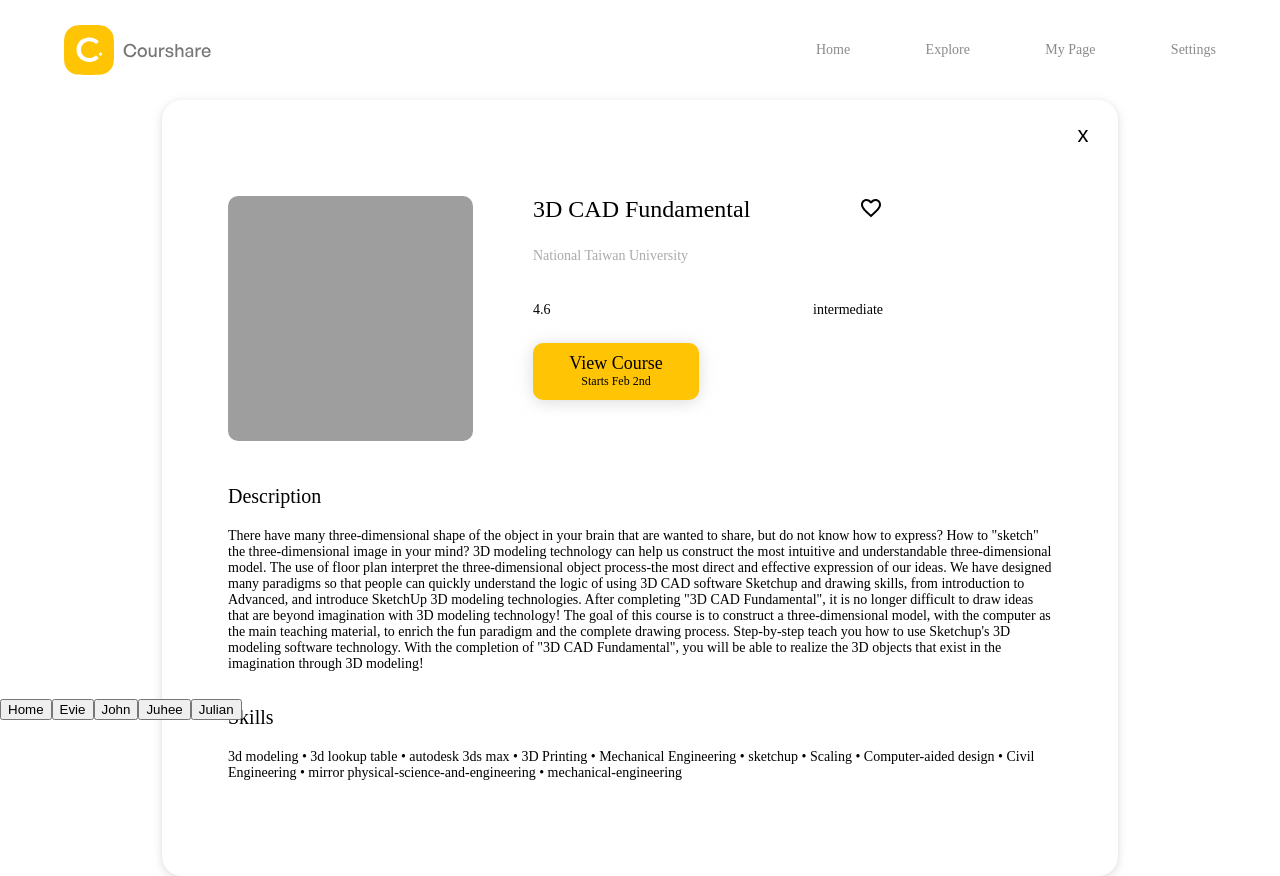
Repository: julianm09/courshare-app
Page: /comps/juhee
These files come from the project's save history. The page is drawn as it stood at one moment and after the next save; the edit follows.
The browser window is 1280 px wide. The pictures show the whole page.
Pictures or frames that could not be fetched are drawn as grey boxes. The project was rebuilt for these pictures with package versions that can differ from the ones it lists, and the page was loaded fresh each time. The framework's server and built-in components were replaced by stand-ins that run in the browser. Also part of the build but not shown: next.config.js.

Above is the page before, as saved 2022-02-07 14:52:21.

### pages/_app.js
import "../styles/globals.css";
import styled from "styled-components";
import { useRouter } from "next/router";
import Navbar from "@/components/Navbar";

function MyApp({ Component, pageProps }) {
  const r = useRouter();
  return (
    <>
    <Navbar/>
      <Component {...pageProps} />

      <BotNav>
        <button onClick={() => r.push("/")}>Home</button>
        <button onClick={() => r.push("/comps/evie")}>Evie</button>
        <button onClick={() => r.push("/comps/john")}>John</button>
        <button onClick={() => r.push("/comps/juhee")}>Juhee</button>
        <button onClick={() => r.push("/comps/julian")}>Julian</button>
      </BotNav>
    </>
  );
}

const BotNav = styled.div`
  position: fixed;
  bottom: 0px;
`;

export default MyApp;

### pages/comps/juhee.js
import styled from "styled-components";
import CourseDetailCard from "@/components/CourseDetailCard";

export default function Juhee() {
  return (
    <Cont>
      {/* make components here */}
      <CourseDetailCard></CourseDetailCard>
    </Cont>
  );
}

const Cont = styled.div`
  display: flex;
  align-items: center;
  flex-direction: column;
  width: 100%;
`;

### styles/globals.css
@import url("general-sans.css");

html,
body {
  padding: 0;
  margin: 0;
  font-family: -apple-system, BlinkMacSystemFont, Segoe UI, Roboto, Oxygen,
    Ubuntu, Cantarell, Fira Sans, Droid Sans, Helvetica Neue, sans-serif;
}

a {
  color: inherit;
  text-decoration: none;
}

* {
  box-sizing: border-box;
}

### components/Navbar.js
import styled from "styled-components";
import { useState } from "react";
import { useRouter } from "next/router";

export default function Navbar({}) {
  const r = useRouter();

  const [menu, setMenu] = useState(false);

  const handleLink = (t) => {
    setMenu(false);
    r.push(t);
  };

  return (
    <NavbarUI>
      <Logo
        src="/logo.svg"
        selected={r.pathname == "/"}
        onClick={() => handleLink("/")}
      ></Logo>
      <Navigation>
        <LinkUI selected={r.pathname == "/"} onClick={() => handleLink("/")}>
          Home
        </LinkUI>
        <LinkUI
          selected={r.pathname == "/explore"}
          onClick={() => handleLink("/explore")}
        >
          Explore
        </LinkUI>
        <LinkUI
          selected={r.pathname == "/mypage"}
          onClick={() => handleLink("/mypage")}
        >
          My Page
        </LinkUI>
        <LinkUI
          selected={r.pathname == "/settings"}
          onClick={() => handleLink("/settings")}
        >
          Settings
        </LinkUI>
      </Navigation>
      <MenuIcon
        src={menu ? "/icons/close.svg" : "/icons/menu.svg"}
        onClick={() => setMenu(!menu)}
      />
      {menu ? (
        <MobileMenu>
          <LinkUI selected={r.pathname == "/"} onClick={() => handleLink("/")}>
            Home
          </LinkUI>
          <LinkUI
            selected={r.pathname == "/explore"}
            onClick={() => handleLink("/explore")}
          >
            Explore
          </LinkUI>
          <LinkUI
            selected={r.pathname == "/mypage"}
            onClick={() => handleLink("/mypage")}
          >
            My Page
          </LinkUI>
          <LinkUI
            selected={r.pathname == "/settings"}
            onClick={() => handleLink("/settings")}
          >
            Settings
          </LinkUI>
        </MobileMenu>
      ) : (
        <></>
      )}
    </NavbarUI>
  );
}

const NavbarUI = styled.div`
  width: 100%;
  padding: 0 5%;
  height: 100px;
  display: flex;
  align-items: center;
  justify-content: space-between;

  -webkit-touch-callout: none; /* iOS Safari */
  -webkit-user-select: none; /* Safari */
  -khtml-user-select: none; /* Konqueror HTML */
  -moz-user-select: none; /* Old versions of Firefox */
  -ms-user-select: none; /* Internet Explorer/Edge */
  user-select: none; /* Non-prefixed version, currently supported by Chrome, Edge, Opera and Firefox */
`;

const Logo = styled.img`
  cursor: pointer;
`;

const Navigation = styled.div`
  display: flex;
  justify-content: space-between;
  width: 400px;
  @media (max-width: 1000px) {
    display: none;
  }
`;

const LinkUI = styled.div`
  cursor: pointer;
  font-family: General Sans;
  font-style: normal;
  font-size: 14px;
  line-height: 24px;
  color: #8b8b8b;
  color: ${(props) => (props.selected ? "#595959" : "#8B8B8B")};
  font-weight: ${(props) => (props.selected ? "500" : "400")};
`;

const MenuIcon = styled.img`
  cursor: pointer;
  display: none;
  @media (max-width: 1000px) {
    display: flex;
  }
`;

const MobileMenu = styled.div`
  cursor: pointer;
  display: flex;
  position: absolute;
  height: 200px;
  flex-direction: column;
  justify-content: space-between;
  align-items: flex-end;
  top: 100px;
  width: 90%;
  @media (min-width: 1000px) {
    display: none;
  }
`;

### components/CourseDetailCard.js
import styled from "styled-components";
import { useState } from "react";
import Favorite from "@mui/icons-material/Favorite";
import FavoriteBorder from "@mui/icons-material/FavoriteBorder";
import RegisterButton from "../components/RegisterButton";

const BigCont = styled.div`
  display: flex;
  flex-direction: column;
  width: 956px;
  height: 776px;
  background-color: #ffffff;
  box-shadow: 0px 2px 8px 0px rgba(185, 185, 185, 0.52);
  border-radius: 20px;
  font-family: General Sans;
`;
const ButtonCont = styled.div`
  display: flex;
  justify-content: flex-end;
  margin-right: 20px;
  margin-top: 20px;
`;
const XButton = styled.button`
  border: none;
  background-color: #fff;
  border-radius: 20px;
  width: 30px;
  height: 30px;
  color: #000;
  font-size: 22px;
`;
const ContentCont = styled.div`
  display: flex;
  flex-direction: column;
  justify-content: space-between;
  padding: 46px 66px 66px 66px;
`;
const FristCont = styled.div`
  display: flex;
  flex-direction: row;
`;
const LeftCont = styled.div``;

const Img = styled.img`
  width: 245px;
  height: 245px;
  border-radius: 10px;
`;
const Heading1 = styled.p`
  font-size: 24px;
  margin: 0;
  font-weight: 500;
`;

const GreyText = styled.p`
  color: #aaaaaa;
  font-size: 14px;
`;
const RightCont = styled.div`
  height: 245px;
  margin-left: 60px;
  display: flex;
  flex-direction: column;
  align-items: space-between;
`;
const RightSmallCont = styled.div`
  width: 350px;
  display: flex;
  flex-direction: row;
  justify-content: space-between;
  margin-bottom: 3%;
`;
const SecondCont = styled.div`
  margin-top: 20px;
`;
const Heading2 = styled.p`
  font-size: 20px;
  font-weight: 500;
`;
const Desc = styled.p`
  font-size: 14px;
`;
const ThirdCont = styled.div``;

export default function CourseDetailCard({
  name = "3D  CAD Fundamental",
  school = "National Taiwan University",
  rating = 4.6,
  difficulty = "intermediate",
  description = "",
  skills = "",
}) {
  return (
    <BigCont>
      <ButtonCont>
        <XButton>x</XButton>
      </ButtonCont>
      <ContentCont>
        <FristCont>
          <LeftCont>
            <Img src="https://images.unsplash.com/photo-1600869009498-8d429f88d4f5?ixlib=rb-1.2.1&ixid=MnwxMjA3fDB8MHxwaG90by1wYWdlfHx8fGVufDB8fHx8&auto=format&fit=crop&w=2340&q=80" />
          </LeftCont>
          <RightCont>
            <RightSmallCont>
              <Heading1>{name}</Heading1>
              <FavoriteBorder />
            </RightSmallCont>
            <RightSmallCont>
              <GreyText>{school}</GreyText>
            </RightSmallCont>
            <RightSmallCont>
              <Desc>{rating}</Desc>
              <Desc>{difficulty}</Desc>
            </RightSmallCont>
            <RightSmallCont>
              <RegisterButton />
            </RightSmallCont>
          </RightCont>
        </FristCont>
        <SecondCont>
          <Heading2>Description</Heading2>
          <Desc>
            There have many three-dimensional shape of the object in your brain
            that are wanted to share, but do not know how to express? How to
            "sketch" the three-dimensional image in your mind? 3D modeling
            technology can help us construct the most intuitive and
            understandable three-dimensional model. The use of floor plan
            interpret the three-dimensional object process-the most direct and
            effective expression of our ideas. We have designed many paradigms
            so that people can quickly understand the logic of using 3D CAD
            software Sketchup and drawing skills, from introduction to Advanced,
            and introduce SketchUp 3D modeling technologies. After completing
            "3D CAD Fundamental", it is no longer difficult to draw ideas that
            are beyond imagination with 3D modeling technology! The goal of this
            course is to construct a three-dimensional model, with the computer
            as the main teaching material, to enrich the fun paradigm and the
            complete drawing process. Step-by-step teach you how to use
            Sketchup's 3D modeling software technology. With the completion of
            "3D CAD Fundamental", you will be able to realize the 3D objects
            that exist in the imagination through 3D modeling!
          </Desc>
        </SecondCont>
        <ThirdCont>
          <Heading2>Skills</Heading2>
          <Desc>
            3d modeling • 3d lookup table • autodesk 3ds max • 3D Printing •
            Mechanical Engineering • sketchup • Scaling • Computer-aided design
            • Civil Engineering • mirror physical-science-and-engineering •
            mechanical-engineering
          </Desc>
        </ThirdCont>
      </ContentCont>
    </BigCont>
  );
}

### styles/general-sans.css
/**
 * @license
 *
 * Font Family: General Sans
 * Designed by: Frode Helland
 * URL: https://www.fontshare.com/fonts/general-sans
 * © 2021 Indian Type Foundry
 *
 * Font Styles:
 * General Sans Variable(Variable font)
 * General Sans Variable Italic(Variable font)
 * General Sans Extralight
 * General Sans Extralight Italic
 * General Sans Light
 * General Sans Light Italic
 * General Sans Regular
 * General Sans Italic
 * General Sans Medium
 * General Sans Medium Italic
 * General Sans Semibold
 * General Sans Semibold Italic
 * General Sans Bold
 * General Sans Bold Italic
 *
*/


/**
* This is a variable font
* You can controll variable axes as shown below:
* font-variation-settings: 'wght' 700.0;
*
* available axes:

* 'wght' (range from 200.0 to 700.0)

*/

@font-face {
  font-family: 'GeneralSans-Variable';
  src: url('../fonts/GeneralSans-Variable.woff2') format('woff2'),
       url('../fonts/GeneralSans-Variable.woff') format('woff'),
       url('../fonts/GeneralSans-Variable.ttf') format('truetype');
       font-weight: 200 700;
       font-display: swap;
       font-style: normal;
}


/**
* This is a variable font
* You can controll variable axes as shown below:
* font-variation-settings: 'wght' 700.0;
*
* available axes:

* 'wght' (range from 200.0 to 700.0)

*/

@font-face {
  font-family: 'GeneralSans-VariableItalic';
  src: url('../fonts/GeneralSans-VariableItalic.woff2') format('woff2'),
       url('../fonts/GeneralSans-VariableItalic.woff') format('woff'),
       url('../fonts/GeneralSans-VariableItalic.ttf') format('truetype');
       font-weight: 200 700;
       font-display: swap;
       font-style: italic;
}


@font-face {
  font-family: 'GeneralSans-Extralight';
  src: url('../fonts/GeneralSans-Extralight.woff2') format('woff2'),
       url('../fonts/GeneralSans-Extralight.woff') format('woff'),
       url('../fonts/GeneralSans-Extralight.ttf') format('truetype');
       font-weight: 200;
       font-display: swap;
       font-style: normal;
}


@font-face {
  font-family: 'GeneralSans-ExtralightItalic';
  src: url('../fonts/GeneralSans-ExtralightItalic.woff2') format('woff2'),
       url('../fonts/GeneralSans-ExtralightItalic.woff') format('woff'),
       url('../fonts/GeneralSans-ExtralightItalic.ttf') format('truetype');
       font-weight: 200;
       font-display: swap;
       font-style: italic;
}


@font-face {
  font-family: 'GeneralSans-Light';
  src: url('../fonts/GeneralSans-Light.woff2') format('woff2'),
       url('../fonts/GeneralSans-Light.woff') format('woff'),
       url('../fonts/GeneralSans-Light.ttf') format('truetype');
       font-weight: 300;
       font-display: swap;
       font-style: normal;
}


@font-face {
  font-family: 'GeneralSans-LightItalic';
  src: url('../fonts/GeneralSans-LightItalic.woff2') format('woff2'),
       url('../fonts/GeneralSans-LightItalic.woff') format('woff'),
       url('../fonts/GeneralSans-LightItalic.ttf') format('truetype');
       font-weight: 300;
       font-display: swap;
       font-style: italic;
}


@font-face {
  font-family: 'GeneralSans-Regular';
  src: url('../fonts/GeneralSans-Regular.woff2') format('woff2'),
       url('../fonts/GeneralSans-Regular.woff') format('woff'),
       url('../fonts/GeneralSans-Regular.ttf') format('truetype');
       font-weight: 400;
       font-display: swap;
       font-style: normal;
}


@font-face {
  font-family: 'GeneralSans-Italic';
  src: url('../fonts/GeneralSans-Italic.woff2') format('woff2'),
       url('../fonts/GeneralSans-Italic.woff') format('woff'),
       url('../fonts/GeneralSans-Italic.ttf') format('truetype');
       font-weight: 400;
       font-display: swap;
       font-style: italic;
}


@font-face {
  font-family: 'GeneralSans-Medium';
  src: url('../fonts/GeneralSans-Medium.woff2') format('woff2'),
       url('../fonts/GeneralSans-Medium.woff') format('woff'),
       url('../fonts/GeneralSans-Medium.ttf') format('truetype');
       font-weight: 500;
       font-display: swap;
       font-style: normal;
}


@font-face {
  font-family: 'GeneralSans-MediumItalic';
  src: url('../fonts/GeneralSans-MediumItalic.woff2') format('woff2'),
       url('../fonts/GeneralSans-MediumItalic.woff') format('woff'),
       url('../fonts/GeneralSans-MediumItalic.ttf') format('truetype');
       font-weight: 500;
       font-display: swap;
       font-style: italic;
}


@font-face {
  font-family: 'GeneralSans-Semibold';
  src: url('../fonts/GeneralSans-Semibold.woff2') format('woff2'),
       url('../fonts/GeneralSans-Semibold.woff') format('woff'),
       url('../fonts/GeneralSans-Semibold.ttf') format('truetype');
       font-weight: 600;
       font-display: swap;
       font-style: normal;
}


@font-face {
  font-family: 'GeneralSans-SemiboldItalic';
  src: url('../fonts/GeneralSans-SemiboldItalic.woff2') format('woff2'),
       url('../fonts/GeneralSans-SemiboldItalic.woff') format('woff'),
       url('../fonts/GeneralSans-SemiboldItalic.ttf') format('truetype');
       font-weight: 600;
       font-display: swap;
       font-style: italic;
}


@font-face {
  font-family: 'GeneralSans-Bold';
  src: url('../fonts/GeneralSans-Bold.woff2') format('woff2'),
       url('../fonts/GeneralSans-Bold.woff') format('woff'),
       url('../fonts/GeneralSans-Bold.ttf') format('truetype');
       font-weight: 700;
       font-display: swap;
       font-style: normal;
}


@font-face {
  font-family: 'GeneralSans-BoldItalic';
  src: url('../fonts/GeneralSans-BoldItalic.woff2') format('woff2'),
       url('../fonts/GeneralSans-BoldItalic.woff') format('woff'),
       url('../fonts/GeneralSans-BoldItalic.ttf') format('truetype');
       font-weight: 700;
       font-display: swap;
       font-style: italic;
}

### components/RegisterButton.js
import styled from "styled-components";

const RegisterBtn = styled.button`
  width: 166px;
  height: 57px;
  background-color: ${(props) => props.background};
  color: #000000;
  filter: drop-shadow(0px 2px 8px rgba(185, 185, 185, 0.52));
  border-radius: 10px;
  border: none;
  display: flex;
  flex-direction: column;
  justify-content: center;
  align-items: center;
`;
const Header = styled.div`
  font-family: General Sans;
  font-style: normal;
  font-weight: 500;
  font-size: 18px;
  color: #000000;
  margin-left: auto;
  margin-right: auto;
`;

const Text = styled.div`
font-family: General Sans;
font-style: normal;
font-weight: normal;
font-size: 12px;
color: #000000;
margin-left: auto;
margin-right: auto;

}
`;

const RegisterButton = ({
  text = "View Course",
  data = "Starts Feb 2nd",
  background = "#FFC403",
}) => {
  return (
    <RegisterBtn background={background}>
      <Header>{text}</Header>
      <Text>{data}</Text>
    </RegisterBtn>
  );
};

export default RegisterButton;

Loaded but not shown: pages/_document.js (common file)

After the next save:
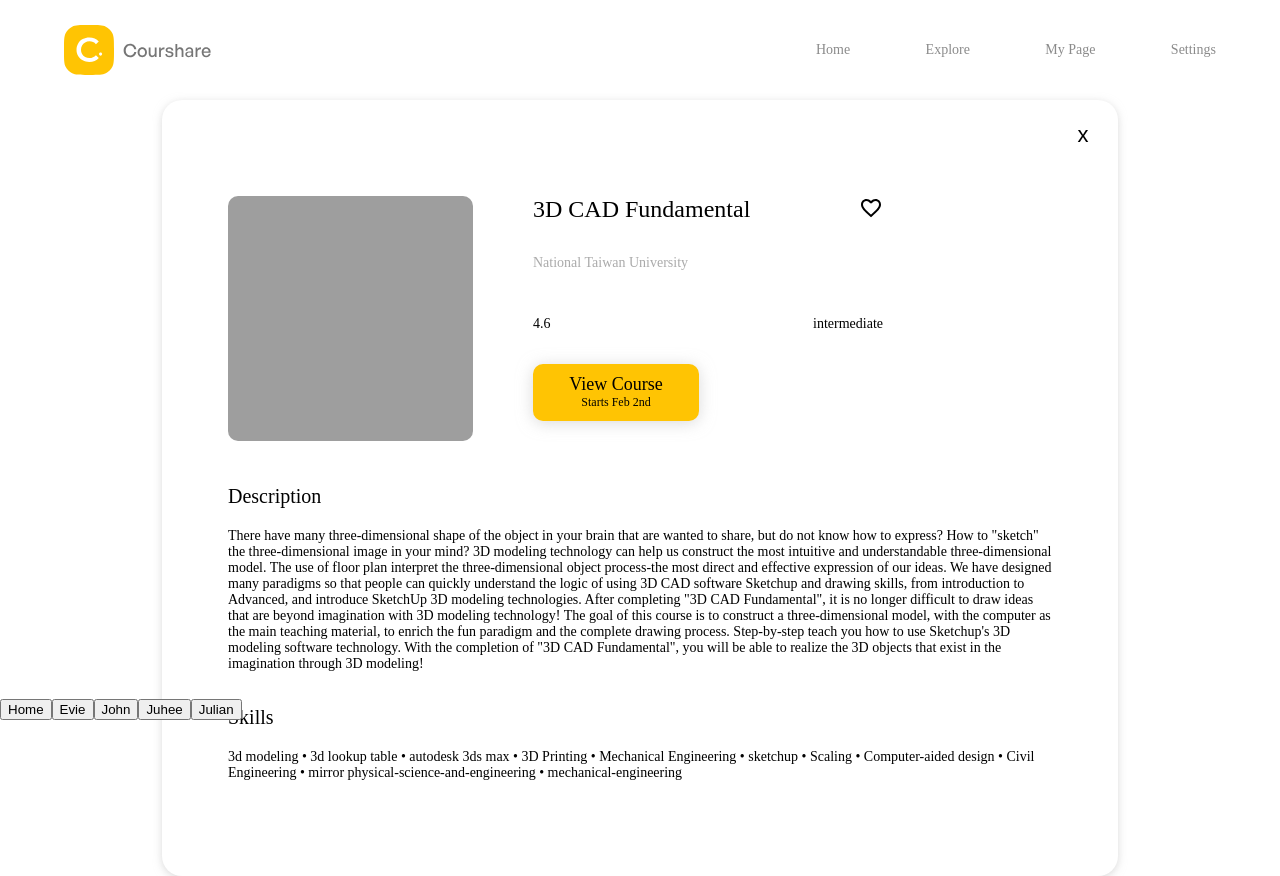
Saved 6 s later.
--- a/components/CourseDetailCard.js
+++ b/components/CourseDetailCard.js
@@ -68,7 +68,7 @@ const RightSmallCont = styled.div`
   display: flex;
   flex-direction: row;
   justify-content: space-between;
-  margin-bottom: 3%;
+  margin-bottom: 5%;
 `;
 const SecondCont = styled.div`
   margin-top: 20px;
